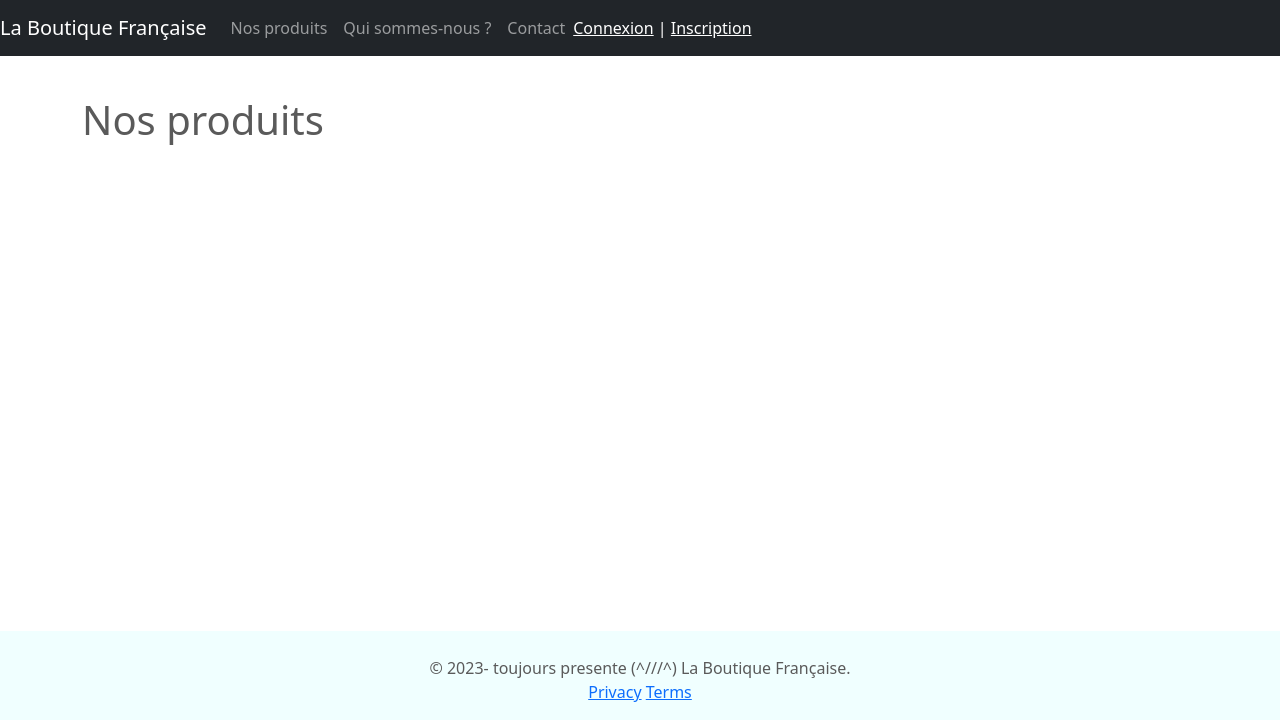
Repository: Coulibaly00180/laboutiquefrancaise
Page: templates/product/index.html.twig
These files come from the project's save history. The page is drawn as it stood at one moment and after the next save; the edit follows.
The browser window is 1280 px wide. The pictures show the whole page.
The page is a Twig template of a Symfony application; nobody is signed in and links lead nowhere. The template is opened directly, without the code that normally fills it, so the values that code supplies are empty.

Above is the page before, as saved 2023-03-05 13:16:33.

After the next save:
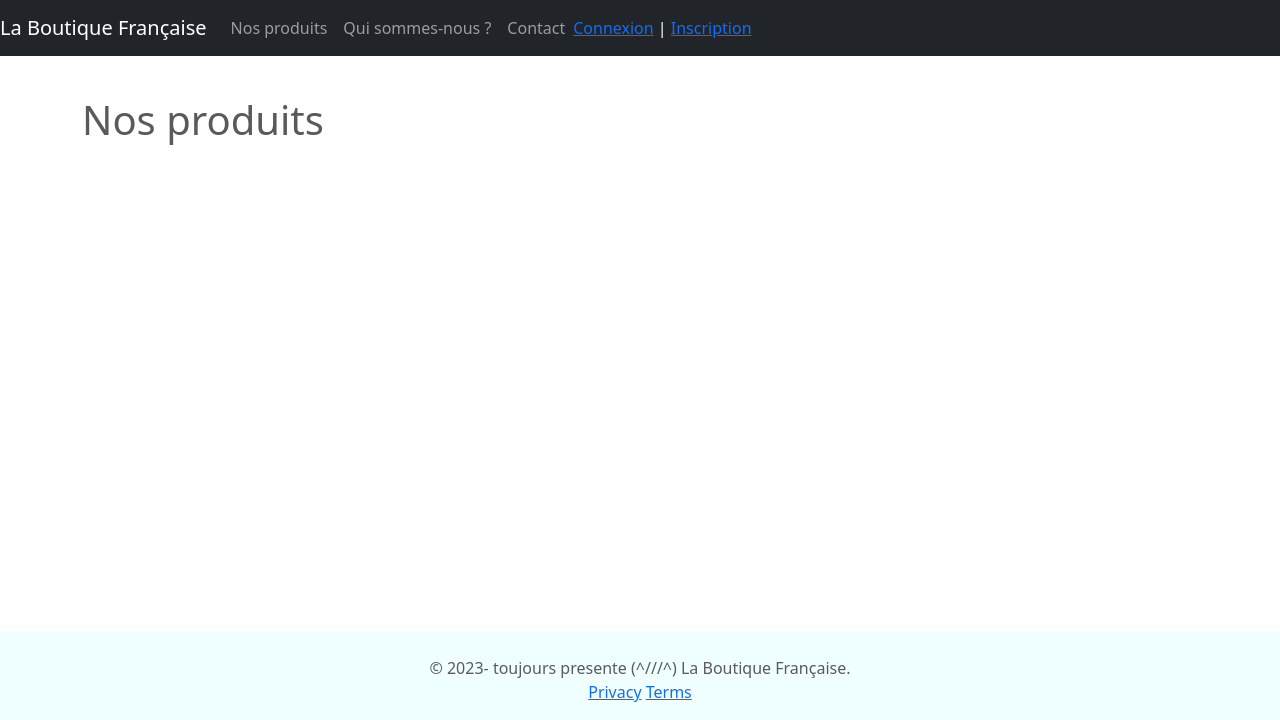
Saved 50 s later.
--- a/public/assets/css/style.css
+++ b/public/assets/css/style.css
@@ -1,4 +1,4 @@
-.navbar-item-custom, .navbar-item-custom a{
+.navbar-item-custom, .navbar-item-custom{
     color: #fff;
 }
 
